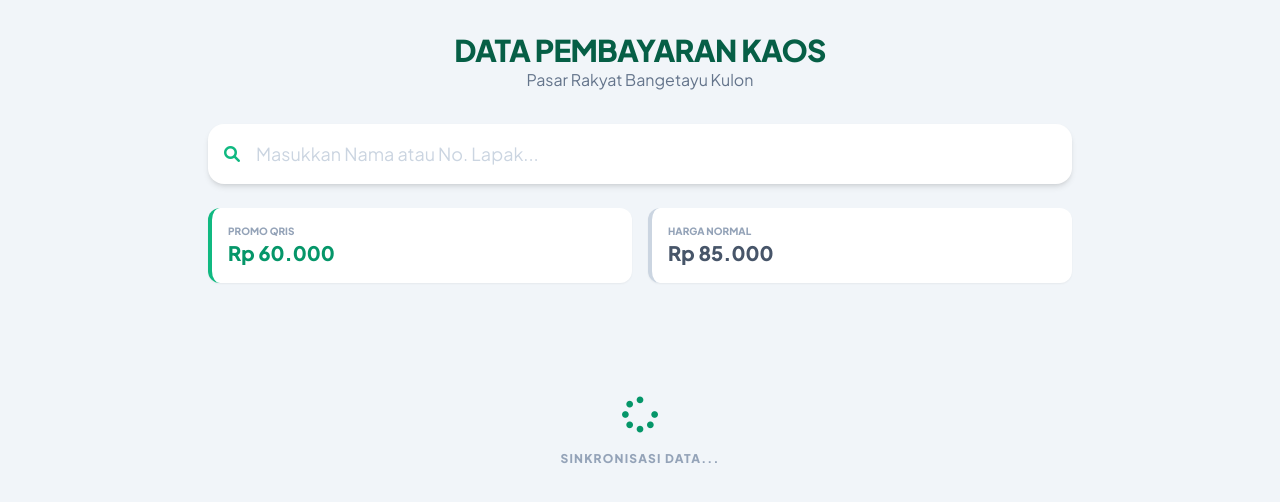
Repository: pasarrakyatbak/monitoringpembayarankaos
Page: index.html
The author's editor kept a copy of each file at every save. The page is drawn from the files as they stood at one save, then again after the next save.
The browser window is 1280 px wide. The pictures show the whole page.
The page's requests for data from a server got no answer. Some web libraries are served in a nearby version.

Above is the page before, as saved 2026-01-04 12:45:04.

After the next save:
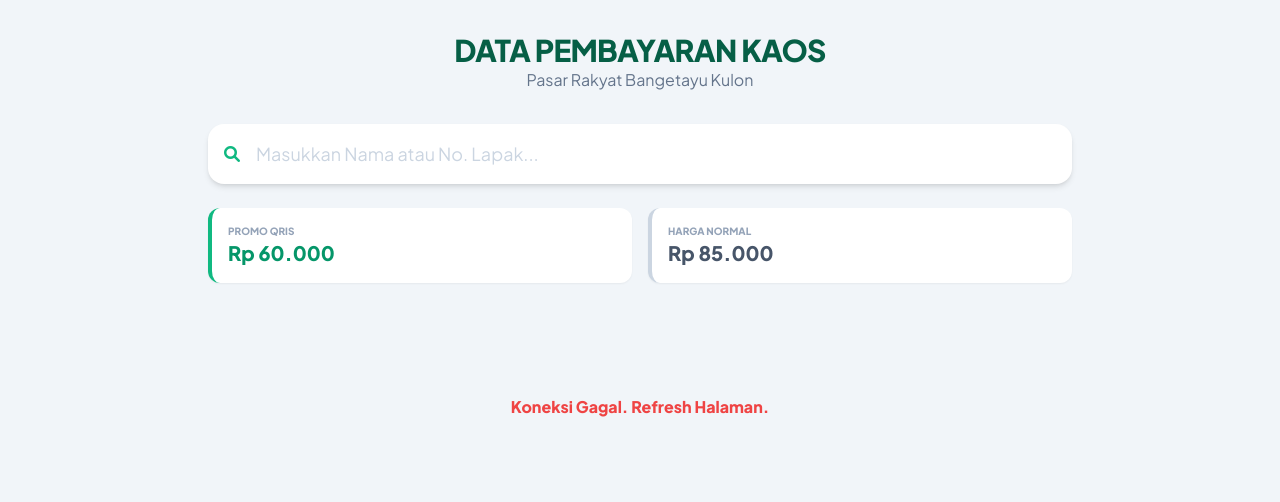
Saved 21 s later.
--- a/scripts.js
+++ b/scripts.js
@@ -1,73 +1,77 @@
 const SCRIPT_URL = 'https://script.google.com/macros/s/AKfycby4z2qZ24SrJkcyGpybH29lSUC_3_z1LG-7wSmTzpaOEXrwjXf0Cl3hqkg95qAxPj1-/exec'; // Ganti dengan URL dari Deploy Apps Script
 
-let listKaos = [];
+let databaseKaos = [];
 
-async function muatData() {
+/**
+ * Mengambil data dari Google Script
+ */
+async function fetchKaos() {
     try {
         const response = await fetch(`${SCRIPT_URL}?action=getKaos`);
-        const data = await response.json();
+        const result = await response.json();
 
-        if (data.status === "success") {
-            listKaos = data.hasil;
-            tampilkanData(listKaos);
+        if (result.status === "success") {
+            databaseKaos = result.hasil;
+            renderCards(databaseKaos);
             document.getElementById('loading').classList.add('hidden');
-            document.getElementById('dataTableContainer').classList.remove('hidden');
         }
     } catch (err) {
-        console.error("Gagal memuat data:", err);
+        document.getElementById('loading').innerHTML = `<p class="text-red-500 font-bold">Koneksi Gagal. Refresh Halaman.</p>`;
+        console.error("Error:", err);
     }
 }
 
-function tampilkanData(items) {
-    const container = document.getElementById('dataTableContainer');
+/**
+ * Menampilkan data dalam bentuk kartu
+ */
+function renderCards(data) {
+    const container = document.getElementById('resultsArea');
     container.innerHTML = '';
 
-    if (items.length === 0) {
-        container.innerHTML = `<div class="text-center py-10 text-gray-400">Data tidak ditemukan.</div>`;
+    if (data.length === 0) {
+        container.innerHTML = `<p class="text-center text-slate-400 py-10">Data tidak ditemukan.</p>`;
         return;
     }
 
-    items.forEach(item => {
+    data.forEach((item, index) => {
         const isLunas = item.status === "LUNAS";
 
         const card = `
-            <div class="bg-white p-6 rounded-2xl shadow-sm border border-gray-100 hover:shadow-md transition-all">
+            <div class="bg-white rounded-3xl p-6 shadow-sm border border-slate-200 card-anim" style="animation-delay: ${index * 0.05}s">
                 <div class="flex justify-between items-start mb-4">
                     <div>
-                        <h3 class="text-lg font-bold text-gray-800">${item.nama}</h3>
-                        <p class="text-sm text-emerald-600 font-semibold uppercase tracking-wider">Lapak: ${item.nomor_lapak}</p>
+                        <h2 class="text-xl font-extrabold text-slate-800">${item.nama}</h2>
+                        <span class="inline-block bg-emerald-50 text-emerald-700 text-[10px] font-black px-2 py-0.5 rounded-md mt-1">LAPAK: ${item.no_lapak}</span>
                     </div>
-                    <span class="px-4 py-1 rounded-full text-xs font-black tracking-widest ${isLunas ? 'bg-emerald-100 text-emerald-700' : 'bg-orange-100 text-orange-700'}">
-                        ${item.status}
-                    </span>
-                </div>
-
-                <div class="grid grid-cols-2 md:grid-cols-4 gap-4 mb-4 text-sm">
-                    <div class="bg-gray-50 p-3 rounded-xl border border-gray-100">
-                        <p class="text-gray-400 text-[10px] uppercase font-bold">Ukuran</p>
-                        <p class="font-bold text-gray-700 uppercase">${item.ukuran}</p>
-                    </div>
-                    <div class="bg-gray-50 p-3 rounded-xl border border-gray-100">
-                        <p class="text-gray-400 text-[10px] uppercase font-bold">QRIS Danamon</p>
-                        <p class="font-bold text-gray-700">${item.qris ? '✅ AKTIF' : '❌ TIDAK'}</p>
-                    </div>
-                    <div class="bg-gray-50 p-3 rounded-xl border border-gray-100">
-                        <p class="text-gray-400 text-[10px] uppercase font-bold">Total Harga</p>
-                        <p class="font-bold text-emerald-700">Rp ${item.harga_total.toLocaleString()}</p>
-                    </div>
-                    <div class="bg-gray-50 p-3 rounded-xl border border-gray-100">
-                        <p class="text-gray-400 text-[10px] uppercase font-bold text-rose-500">Sisa Tagihan</p>
-                        <p class="font-black text-rose-600">Rp ${item.sisa.toLocaleString()}</p>
+                    <div class="text-right">
+                        <span class="px-3 py-1 rounded-full text-[10px] font-black tracking-tighter ${isLunas ? 'bg-emerald-600 text-white' : 'bg-amber-400 text-amber-900'} uppercase">
+                            ${item.status}
+                        </span>
                     </div>
                 </div>
 
-                <div class="border-t border-dashed border-gray-200 pt-4">
-                    <p class="text-[10px] font-bold text-gray-400 uppercase mb-2">Riwayat Angsuran (1-4)</p>
-                    <div class="flex gap-2 flex-wrap">
-                        ${item.angsuran.map((val, idx) => `
-                            <div class="flex-1 min-w-[80px] text-center bg-emerald-50 border border-emerald-100 py-1 rounded-lg">
-                                <span class="block text-[8px] text-emerald-500 uppercase">Ke-${idx + 1}</span>
-                                <span class="text-xs font-bold text-emerald-800">${val ? 'Rp ' + val.toLocaleString() : '-'}</span>
+                <div class="grid grid-cols-3 gap-2 mb-4">
+                    <div class="bg-slate-50 p-2 rounded-xl text-center">
+                        <p class="text-[8px] text-slate-400 font-bold uppercase">Size</p>
+                        <p class="text-sm font-black text-slate-700">${item.ukuran}</p>
+                    </div>
+                    <div class="bg-slate-50 p-2 rounded-xl text-center">
+                        <p class="text-[8px] text-slate-400 font-bold uppercase">QRIS</p>
+                        <p class="text-sm font-black text-slate-700">${item.qris ? '✅' : '❌'}</p>
+                    </div>
+                    <div class="bg-slate-50 p-2 rounded-xl text-center">
+                        <p class="text-[8px] text-slate-400 font-bold uppercase text-rose-500">Sisa</p>
+                        <p class="text-sm font-black text-rose-600">Rp ${item.sisa.toLocaleString('id-ID')}</p>
+                    </div>
+                </div>
+
+                <div class="bg-emerald-50/50 rounded-2xl p-4 border border-emerald-100">
+                    <p class="text-[9px] font-black text-emerald-600 uppercase mb-3 tracking-widest">Detail Angsuran</p>
+                    <div class="grid grid-cols-4 gap-2">
+                        ${item.angsuran.map((val, i) => `
+                            <div class="text-center">
+                                <p class="text-[8px] text-emerald-400 font-bold uppercase">A${i + 1}</p>
+                                <p class="text-[11px] font-bold text-emerald-900">${val > 0 ? val.toLocaleString('id-ID') : '-'}</p>
                             </div>
                         `).join('')}
                     </div>
@@ -78,14 +82,17 @@ function tampilkanData(items) {
     });
 }
 
-// Fitur Cari
+/**
+ * Fitur Search
+ */
 document.getElementById('searchInput').addEventListener('input', (e) => {
     const keyword = e.target.value.toLowerCase();
-    const hasilCari = listKaos.filter(item =>
+    const filtered = databaseKaos.filter(item =>
         item.nama.toLowerCase().includes(keyword) ||
-        item.nomor_lapak.toString().includes(keyword)
+        item.no_lapak.toString().includes(keyword)
     );
-    tampilkanData(hasilCari);
+    renderCards(filtered);
 });
 
-muatData();
+// Jalankan Fetch
+fetchKaos();
